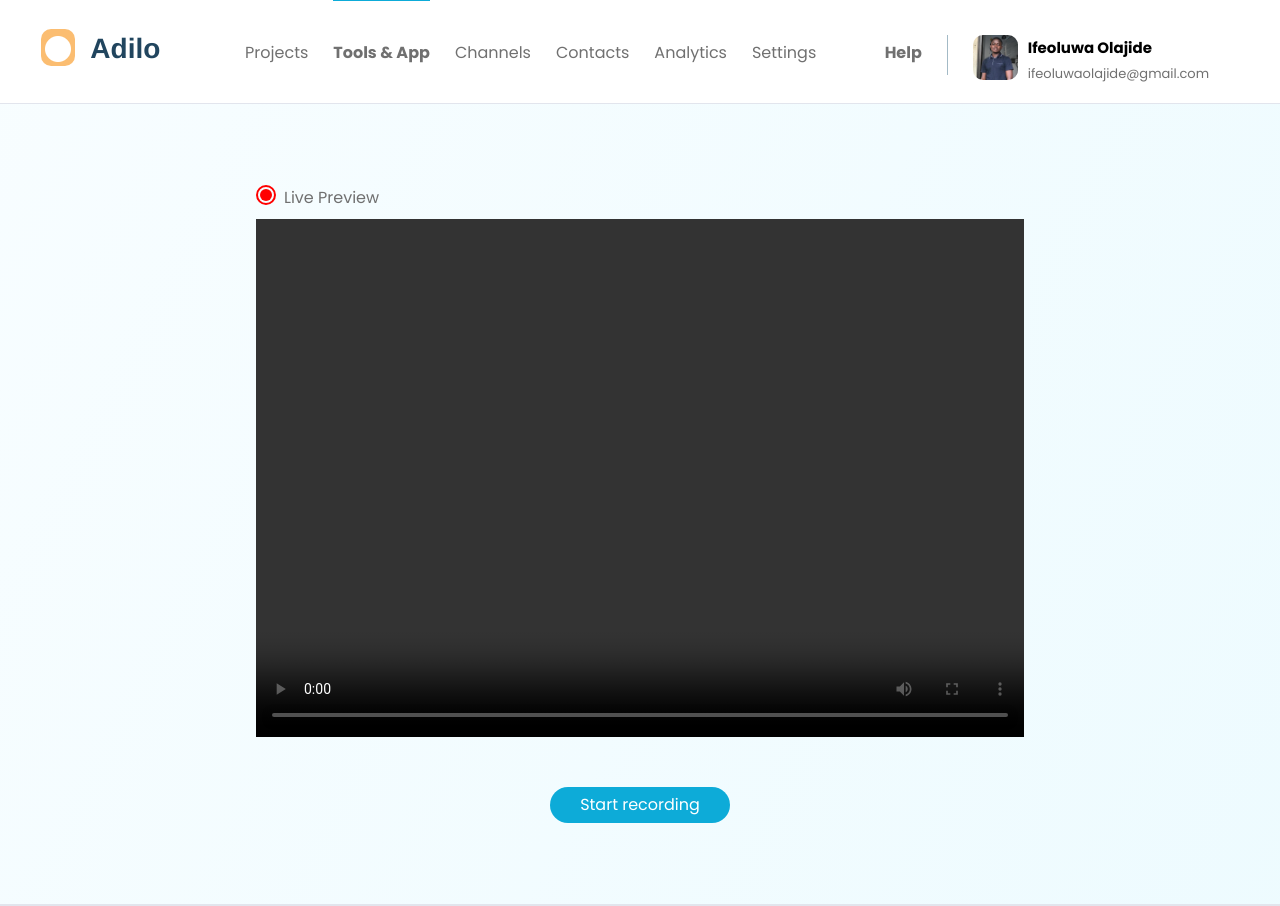
Repository: olhighjay/video_recorder
Page: /
These files come from the project's save history. The page is drawn as it stood at one moment and after the next save; the edit follows.
The browser window is 1280 px wide. The pictures show the whole page.
Some web libraries are served in a nearby version. The project was rebuilt for these pictures with package versions that can differ from the ones it lists, and the page was loaded fresh each time. Also part of the build but not shown: vue.config.js, src/components/DataTable.vue, src/components/EmptyRecorded.vue.

Above is the page before, as saved 2022-07-29 12:34:39.

### public/index.html
<!DOCTYPE html>
<html lang="">
  <head>
    <meta charset="utf-8">
    <meta http-equiv="X-UA-Compatible" content="IE=edge">
    <meta name="viewport" content="width=device-width,initial-scale=1.0">
    <link rel="icon" href="<%= BASE_URL %>favicon.ico">
    <title><%= htmlWebpackPlugin.options.title %></title>
    <link rel="stylesheet" href="https://cdn.jsdelivr.net/npm/bootstrap@4.0.0/dist/css/bootstrap.min.css" integrity="sha384-Gn5384xqQ1aoWXA+058RXPxPg6fy4IWvTNh0E263XmFcJlSAwiGgFAW/dAiS6JXm" crossorigin="anonymous">
    <link rel="stylesheet" href="https://cdnjs.cloudflare.com/ajax/libs/font-awesome/6.1.2/css/all.min.css" integrity="sha512-1sCRPdkRXhBV2PBLUdRb4tMg1w2YPf37qatUFeS7zlBy7jJI8Lf4VHwWfZZfpXtYSLy85pkm9GaYVYMfw5BC1A==" crossorigin="anonymous" referrerpolicy="no-referrer" />
  </head>
  <body>
    <noscript>
      <strong>We're sorry but <%= htmlWebpackPlugin.options.title %> doesn't work properly without JavaScript enabled. Please enable it to continue.</strong>
    </noscript>
    <div id="app"></div>
    <!-- built files will be auto injected -->

    <script src="https://cdnjs.cloudflare.com/ajax/libs/font-awesome/6.1.2/js/all.min.js" integrity="sha512-8pHNiqTlsrRjVD4A/3va++W1sMbUHwWxxRPWNyVlql3T+Hgfd81Qc6FC5WMXDC+tSauxxzp1tgiAvSKFu1qIlA==" crossorigin="anonymous" referrerpolicy="no-referrer"></script>
    <script src="https://code.jquery.com/jquery-3.2.1.slim.min.js" integrity="sha384-KJ3o2DKtIkvYIK3UENzmM7KCkRr/rE9/Qpg6aAZGJwFDMVNA/GpGFF93hXpG5KkN" crossorigin="anonymous"></script>
    <script src="https://cdn.jsdelivr.net/npm/popper.js@1.12.9/dist/umd/popper.min.js" integrity="sha384-ApNbgh9B+Y1QKtv3Rn7W3mgPxhU9K/ScQsAP7hUibX39j7fakFPskvXusvfa0b4Q" crossorigin="anonymous"></script>
    <script src="https://cdn.jsdelivr.net/npm/bootstrap@4.0.0/dist/js/bootstrap.min.js" integrity="sha384-JZR6Spejh4U02d8jOt6vLEHfe/JQGiRRSQQxSfFWpi1MquVdAyjUar5+76PVCmYl" crossorigin="anonymous"></script>
  </body>
</html>

### src/App.vue
<template>
  <div>
    <navbar></navbar>
    <div id="main-flex">
      <div v-if="false" class="my-sidebar">
        <ul class="my-sidebar-items">
            <li class="sidebar-item-active"> <img src="./assets/video-player.png" alt=""> &nbsp; My Recordings</li>
            <li> <i class="fa fa-share-alt" style="color:#102346"></i> &nbsp; Requested</li>
        </ul>
      </div>
      <div v-if="false" class="my-main">
        <div class="my-main-container">
          <div><small class="breadcrumbs">Snapbyte <i class="fa fa-angle-right" style="font-weight:200"></i> My Recordings</small></div>
          <div class="subheading-tab">
            <div> <span class="my-recordings">My Recordings </span><span class="my-recordings-count">25</span> </div>
            <div>
              <button class="sub-heading-btn white-btn">
                <i class="fa fa-long-arrow-down" aria-hidden="true"></i>
                <i class="fa fa-long-arrow-up" aria-hidden="true"></i>
                By Date
              </button>
              <button class="sub-heading-btn white-btn">
                <i class="fa-solid fa-filter"></i>
                Add Filter
              </button>
              <button class="sub-heading-btn blue-btn">
                <i class="fa fa-video"></i>
                New Request
              </button>
              <button class="sub-heading-btn red-btn">
                <span class="rec">REC</span>
                Start Recording
              </button>
            </div>
          </div>

          <empty-recorded></empty-recorded>

          <data-table v-if="true"></data-table>
          <!-- Button trigger modal -->
<button type="button" class="btn btn-primary" data-toggle="modal" data-target="#recordOptions">
Launch demo modal
</button>

<!-- Modal -->
<div class="modal fade" id="recordOptions" tabindex="-1" role="dialog" aria-labelledby="recordOptions" aria-hidden="true">
<div class="modal-dialog modal-dialog-centered" role="document">
  <div class="modal-content">
    <div class="modal-header">
      <h5 class="my-modal-title">New Recording</h5>
      <button type="button" class="close" data-dismiss="modal" aria-label="Close">
        <span aria-hidden="true"><i class="fa fa-xmark"></i></span>
      </button>
    </div>
    <div class="modal-body">
      <p class="save-in">Save the recording in</p>
      <div>
        <select class="save-option">
          <Option value="" key="">Select a project</Option>
          <Option value="" key="">Project 1</Option>
          <Option value="" key="">Project 2</Option>
          <Option value="" key="">Project 3</Option>
          <Option value="" key="">Project 4</Option>
        </select>
      </div>
      <div style="margin-top: 35px;">
        <div class="record">
          <div class="record-name">Record screen</div>
          <div class="record-switch">
            <label class="switch">
              <input type="checkbox">
              <span class="slider round"></span>
            </label>
          </div>
        </div>
        <div class="record">
          <div class="record-name">Record camera</div>
          <div class="record-switch">
            <label class="switch">
              <input type="checkbox">
              <span class="slider round"></span>
            </label>
          </div>
        </div>
        <div class="record">
          <div class="record-name">Record mic</div>
          <div class="record-switch">
            <label class="switch">
              <input type="checkbox">
              <span class="slider round"></span>
            </label>
          </div>
        </div>
      </div>
    </div>
    <div class="text-center">
      <button type="button" class="start-recording-btn">Start Recording</button>
    </div>
  </div>
</div>
</div>
        </div>
      </div>
    </div>
    <div class="record-page">
      <div class="view-frame-wrapper">
        <div class="d-flex mb-2">
          <div class="live-icon-wrapper">
            <div class="live-icon" ></div>
          </div>
          <div class="ml-2">Live Preview</div>
        </div>
        <div class="view-frame">
          <video controls id="my-video-feedback" class=" bg-black w-full h-auto mb-4" style="width:100%; height:100%"></video>
        </div>
        <div class="text-center start-recording-wrapper">
          <button class="start-recording">Start recording</button>
        </div>
      </div>
    </div>
  </div>
</template>

<script>
// import HelloWorld from './components/HelloWorld.vue'
import Navbar from './layouts/Navbar.vue'
import DataTable from '@/components/DataTable'
import EmptyRecorded from '@/components/EmptyRecorded'

export default {
  name: 'App',
  components: {
    Navbar,
    DataTable,
    EmptyRecorded
  }
}
</script>


<style>
 @import url('https://fonts.googleapis.com/css2?family=Poppins:wght@400;500;700&display=swap');

#main-flex {
  display: flex;
  width: 100%;
}

.record-page {
  background: transparent linear-gradient(117deg, #0dacd85d 0%, #eafaff5d 0%, #d3f5fe65 100%) 0% 0% no-repeat padding-box;
  width: 100%;
  padding: 81px 20%;
}
.view-frame-wrapper {
  margin: 0 auto;
  max-width: 965px;
}
.view-frame {
  height: 518px;
  background: #21455E 0% 0% no-repeat padding-box;
  border-radius: 8px;
}
.live-icon-wrapper {
  border: 2px solid red;
  border-radius: 50%;
  height:20px;
  width:20px;
}
.live-icon {
  background-color:red;
  border-radius: 50%;
  height:12px;
  width:12px;
  margin: 10% auto;
}
.start-recording-wrapper {
  margin-top: 50px;
}
.start-recording {
  padding: 5px 30px;
  background: #0DABD8 0% 0% no-repeat padding-box;
  border-radius: 32px;
  border: none;
  color: #fff;
}



.my-sidebar {
  flex: 0 0 240px;
  /* width: 20%; */
  /* height: 100%; */
  background-color: #ebf2f656;
  border-right: 2px solid #21455e54;
  /* border-right: 2px solid #21455E; */
  /* width:250px; */
}
.my-sidebar-items {
  list-style: none;
  padding: 20px 0;
}
.my-sidebar-items>li {
  margin : 10px 12px 10px 18px;
  padding: 7px 20px ;
}
.sidebar-item-active {
  background-color: #E2E5ED;
  border: 2px solid #0DABD838;
  border-radius: 10px;
}





.my-main {
  flex: 1;
  flex-wrap: wrap;
}
.my-main-container {
  padding: 1.5% 8.5%;
}
.subheading-tab {
  display: flex;
  justify-content: space-between;
}
.sub-heading-btn {
  padding: 3px 15px;
  border-radius: 20px;
  margin-left: 15px;
  font-size: 14px;
}
.white-btn {
  border: 1px solid #E2E5ED;
  background-color: white;
  color: #637C8E;
}
.blue-btn {
  border: none;
  background-color: #0DABD8;
  color: #fff;
}
.red-btn {
  border: none;
  background-color: #EF5350;
  color: #fff;
}
.my-recordings, .my-recordings-count {
  font-size: 24px;
  color: #000
}
.my-recordings {
  color: #000
}
.my-recordings-count {
  color: #637C8E;
  font-weight: 600;
}
.breadcrumbs {
  color:#637C8E;
}
.rec {
  color:#000;
  background-color:#fff;
  border-radius:50%;
  padding:3px 1px;
  font-size:10px;
}



.save-option {
  width:100%;
  background: #F8FAFB 0% 0% no-repeat padding-box;
  border: 1px solid #E2E5ED;
  border-radius: 8px;
  padding:8px 20px;
}
.modal-dialog {
  max-width: 400px !important;
}
.modal-content {
  padding-bottom: 30px !important;
}
.modal-body {
  padding:30px !important;
}
.my-modal-title {
  color:#000;
  font-size: 22px;
  padding-left: 14px;
}
.record {
  margin-top: 15px;
  display: flex;
  justify-content: space-between;
}
.record-name {
  color: #21455E;
  font-size: 18px;
}
.save-in {
  color:black;
  font-size:16px;
}
.start-recording-btn {
  background: #0DABD8 0% 0% no-repeat padding-box;
  border-radius: 28px;
  font-size:18px;
  padding:5px 55px;
  border: none;
  color:#fff;
}


.switch {
  position: relative;
  top: 10px;
  display: inline-block;
  width: 50px;
  height: 13px;
}

.switch input {
  opacity: 0;
  width: 0;
  height: 0;
}

.slider {
  position: absolute;
  cursor: pointer;
  top: -10px;
  left: 0;
  right: 0;
  bottom: 0;
  background-color: #ccc;
  -webkit-transition: .4s;
  transition: .4s;
}

.slider:before {
  position: absolute;
  content: "";
  height: 15px;
  width: 15px;
  left: 4px;
  bottom: 4px;
  background-color: white;
  -webkit-transition: .4s;
  transition: .4s;
}

input:checked + .slider {
  background-color: #1bd85a;
}

input:focus + .slider {
  box-shadow: 0 0 1px #1bd85a;
}

input:checked + .slider:before {
  -webkit-transform: translateX(26px);
  -ms-transform: translateX(26px);
  transform: translateX(26px);
}

/* Rounded sliders */
.slider.round {
  border-radius: 34px;
}

.slider.round:before {
  border-radius: 50%;
}


button:hover {
  cursor: pointer;
}
#app {
  font-family: Avenir, Helvetica, Arial, sans-serif;
  font: normal normal normal 14px/26px Poppins;
  -webkit-font-smoothing: antialiased;
  -moz-osx-font-smoothing: grayscale;
   /* text-align: center; */
   font-size: 16px;
  color: #707070;
  border-bottom: solid 2px #E2E5ED;
  overflow: hidden;
  /* margin-top: 60px;  */
}


</style>

### src/layouts/Navbar.vue
<template>
    <nav class="">
      <div class="nav-logo-area">
        <div class="nav-logo-area-inner">
          <div class="white-logo-wrap">
            <span class="white-logo-bkg">
            <img alt="Adilo logo" src="../assets/swarm.png">
            </span>
          </div>
          <div class="adilo">Adilo</div>
        </div>
      </div>
      <div class="nav-tab">
        <ul class="my-nav-list">
          <li><a>Projects</a></li>
          <li class="active-nav-item"> <a>Tools & App</a></li>
          <li><a>Channels</a></li>
          <li><a>Contacts</a></li>
          <li><a>Analytics</a></li>
          <li><a>Settings</a></li>
        </ul>
      </div>
      <div class="nav-profile">
        <ul class="my-nav-list">
          <li><a><b>Help</b></a></li>
        </ul>
        <div class="profile-info">
          <div class="profile-border"></div>
          <div >
            <img alt="Profile Image" src="../assets/profile.jpg" class="profile-img">
          </div>
          <div style="margin-left:10px">
            <span class="profile-name">Ifeoluwa Olajide </span>
            <p class="profile-email">ifeoluwaolajide@gmail.com</p>
          </div>
        </div>
      </div>
    </nav>
</template>
<script>
export default {
    name: 'NavbarComponent'
}
</script>
<style>
     nav {
    display: flex;
    /* height: 69px; */
    padding: 0 0.032%;
    border-bottom: solid 1px #E2E5ED;
  }

  .nav-logo-area {
    flex: 0 0 16%;
    padding-left: 3.2%;
    padding-top: 19px;
    padding-bottom: 27px;
  }
  .nav-logo-area-inner {
    display: flex;
  }
  .nav-tab {
    flex: 0 0 50%;
  }
  .nav-profile {
    flex: 0 0 34%;
    display: flex;
  }
  .my-nav-list {
    list-style: none;
    padding-top: 40px;
  }
  .my-nav-list>li {
    display: inline;
    margin-right: 25px;
    padding-top: 40px;
  }
  .my-nav-list>li>a {
    text-align: left;
    /* font: normal normal normal 18px/27px Poppins; */
    letter-spacing: 0px;
    color: #707070;
    opacity: 1
  }
  .white-logo-wrap {
    padding-top:16px;
  }
  .white-logo-bkg {
    background-color:#FBBD71;
    padding:7px 4px;
    border-radius:10px;
  }
  .adilo {
    font: normal normal bold 28px/32px Helvetica;
    font-size:28px;
    margin-left:15px;
    font-weight:bold;
    color:#21455E;
    padding-top:14px;
  }
  .profile-info {
    padding-top:35px;
    display:flex;
  }
  .active-nav-item {
    border-top: 6px solid #0DABD8;
    font-weight: 600;
  }
  .profile-border {
    border-left: 1px solid #A3BAC6;
    padding-left:25px;
    height:40px;
  }
  .profile-img {
    width:45px; height: 45px;
    border-radius:10px;
  }
  .profile-name {
    font-weight:bold;
    font-size:15px;
    color:black;
  }
  .profile-email {
    font-size:13px;
  }
</style>

Loaded but not shown: src/main.js (common file)

After the next save:
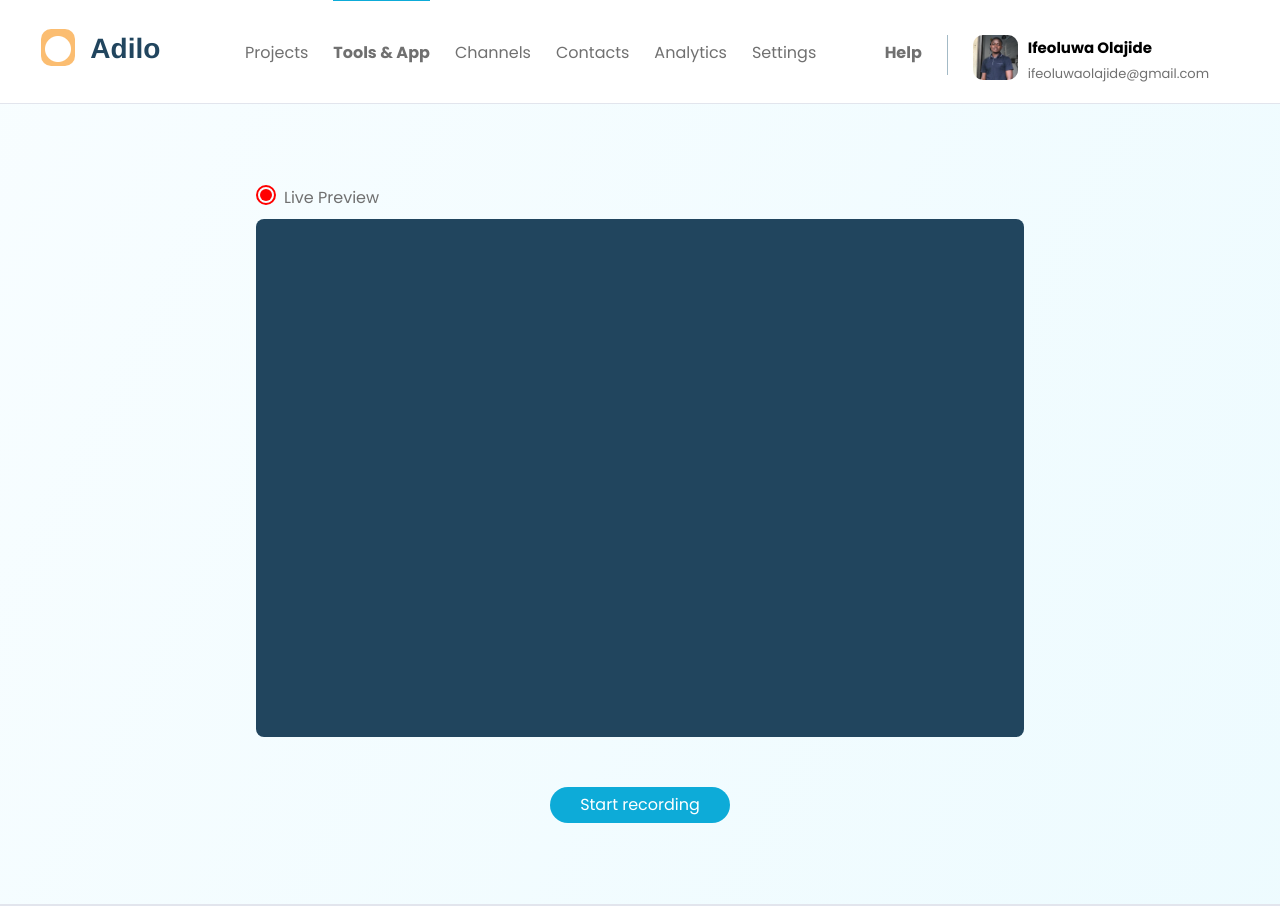
Saved 8 s later.
--- a/src/App.vue
+++ b/src/App.vue
@@ -111,7 +111,7 @@
           <div class="ml-2">Live Preview</div>
         </div>
         <div class="view-frame">
-          <video controls id="my-video-feedback" class=" bg-black w-full h-auto mb-4" style="width:100%; height:100%"></video>
+          <video id="my-video-feedback" class=" bg-black w-full h-auto mb-4" style="width:100%; height:100%"></video>
         </div>
         <div class="text-center start-recording-wrapper">
           <button class="start-recording">Start recording</button>

After the save that followed:
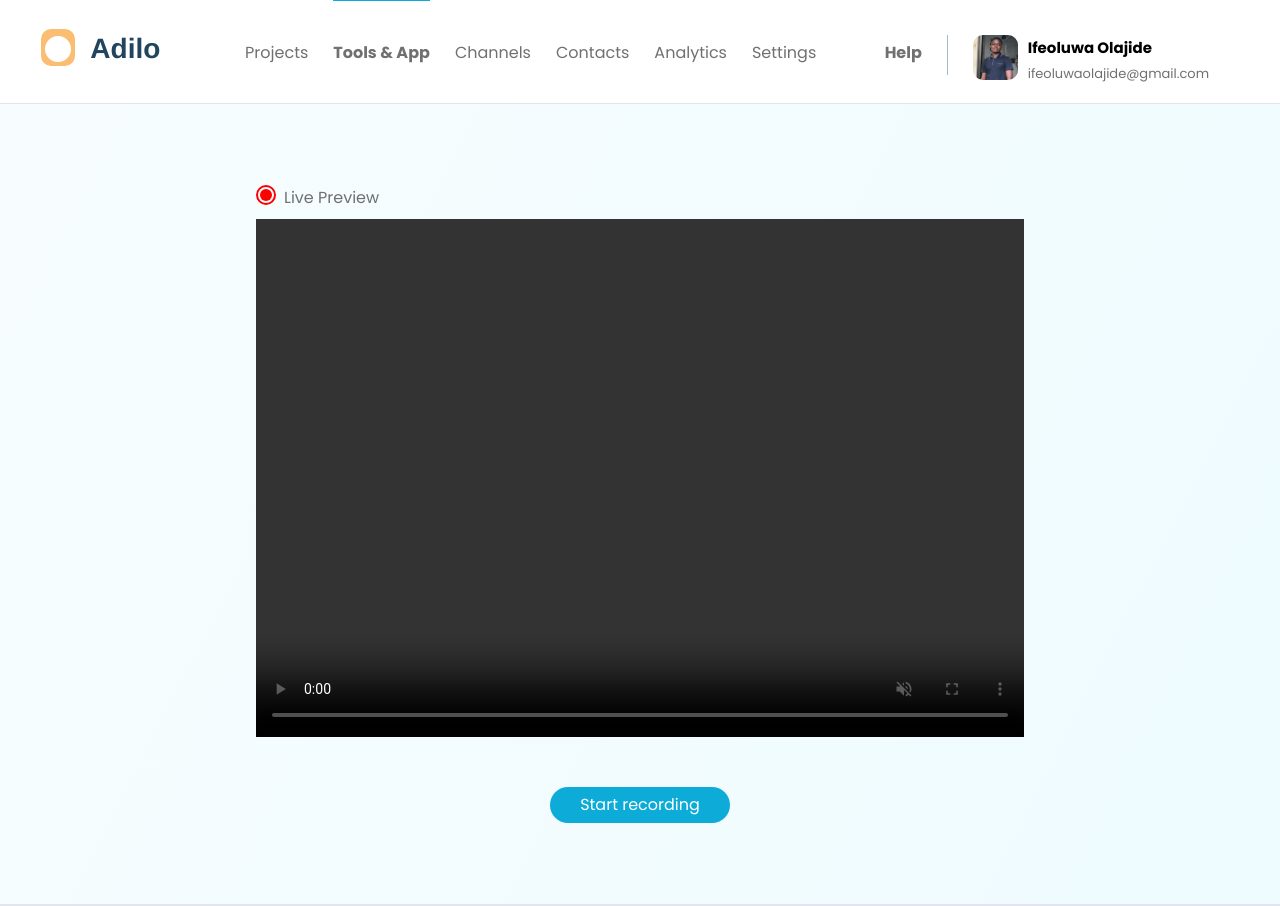
Saved 2 min 35 s later.
--- a/src/App.vue
+++ b/src/App.vue
@@ -111,7 +111,7 @@
           <div class="ml-2">Live Preview</div>
         </div>
         <div class="view-frame">
-          <video id="my-video-feedback" class=" bg-black w-full h-auto mb-4" style="width:100%; height:100%"></video>
+          <video controls muted id="my-video-feedback" class=" bg-black w-full h-auto mb-4" style="width:100%; height:100%"></video>
         </div>
         <div class="text-center start-recording-wrapper">
           <button class="start-recording">Start recording</button>
